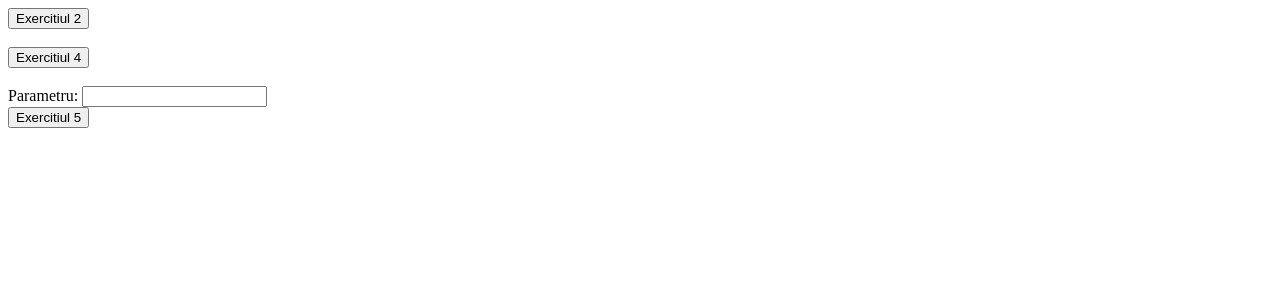
Repository: vladutbutnaru/DentalClinicManagementTool
Page: Laborator/WebContent/index.html
The author's editor kept a copy of each file at every save. The page is drawn from the files as they stood at one save, then again after the next save.
The browser window is 1280 px wide. The pictures show the whole page.

Above is the page before, as saved 2016-10-13 13:02:58.

### Laborator/WebContent/index.html
<!DOCTYPE html>
<html>
<head>
<meta charset="ISO-8859-1">
<title>Exercitii laborator</title>
</head>
<body>
<form action="Exercise2Servlet" method="POST">
<input type="submit" value="Exercitiul 2"/>
</form>
<br/>
<form action="Exercise4Servlet" method="POST">
<input type="submit" value="Exercitiul 4"/>
</form>
<br/>
<form action="Exercise5Servlet" method="POST">
Parametru: <input type="text"/> <br/>
<input type="submit" value="Exercitiul 5"/>
</form>
</body>
</html>

After the next save:
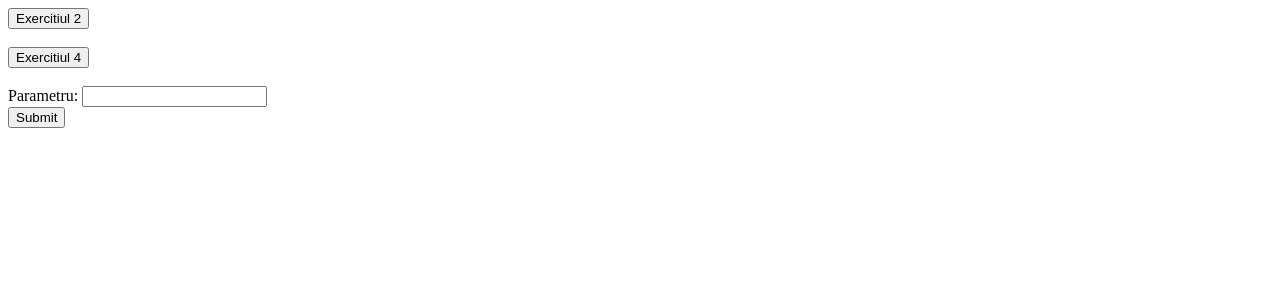
Saved 61 s later.
--- a/Laborator/WebContent/index.html
+++ b/Laborator/WebContent/index.html
@@ -15,7 +15,7 @@
 <br/>
 <form action="Exercise5Servlet" method="POST">
 Parametru: <input type="text"/> <br/>
-<input type="submit" value="Exercitiul 5"/>
+<input type="submit" name = "parameter" id= "parameter"/>
 </form>
 </body>
 </html>

After the save that followed:
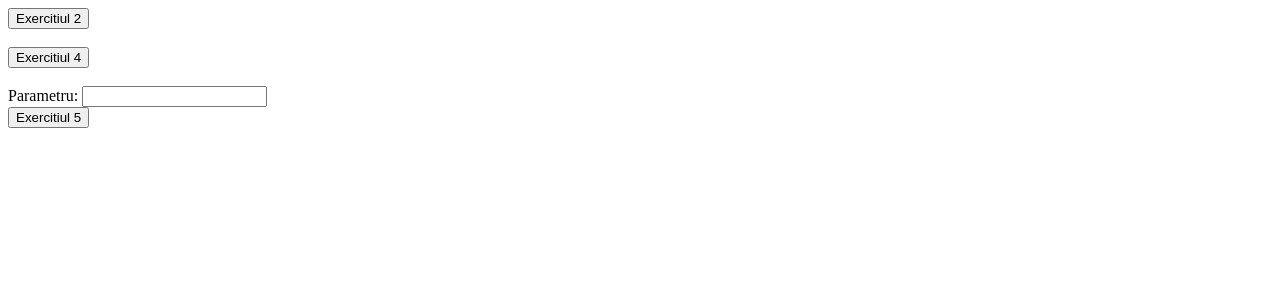
Saved 46 s later.
--- a/Laborator/WebContent/index.html
+++ b/Laborator/WebContent/index.html
@@ -14,8 +14,8 @@
 </form>
 <br/>
 <form action="Exercise5Servlet" method="POST">
-Parametru: <input type="text"/> <br/>
-<input type="submit" name = "parameter" id= "parameter"/>
+Parametru: <input type="text"  name = "parameter" id= "parameter"/> <br/>
+<input type="submit" value="Exercitiul 5"/>
 </form>
 </body>
 </html>
